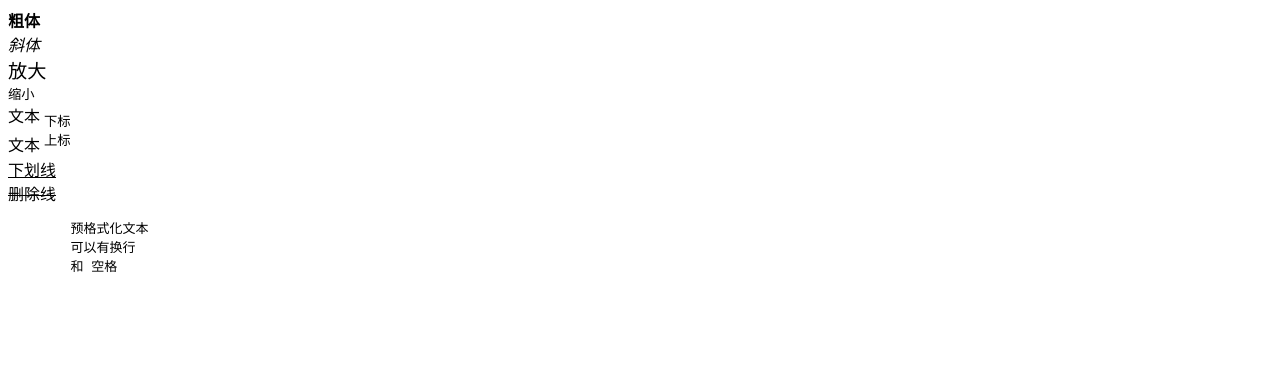
Repository: weizhang05g/learninghtml
Page: 文本格式化.html
An editor plug-in stored every save of this project. The page is shown before and after the next save, followed by the edit.
The browser window is 1280 px wide. The pictures show the whole page.

Above is the page before, as saved 2019-12-19 09:31:59.

After the next save:
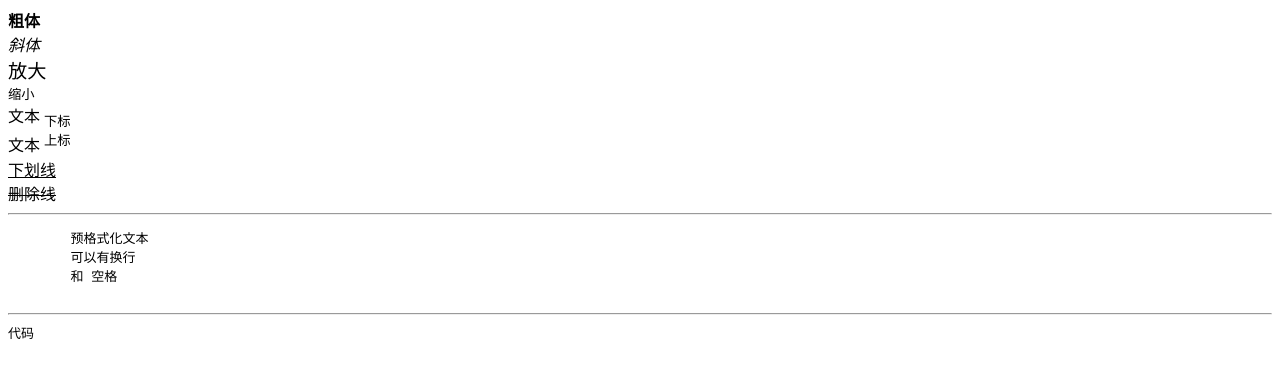
Saved 60 s later.
--- a/文本格式化.html
+++ b/文本格式化.html
@@ -15,10 +15,13 @@
     文本 <sup>上标</sup> <br>
     <ins>下划线</ins> <br>
     <del>删除线</del> <br>
+    <hr>
     <pre>
         预格式化文本
         可以有换行
         和 空格
     </pre>
+    <hr>
+    <code>代码</code>
 </body>
 </html>
